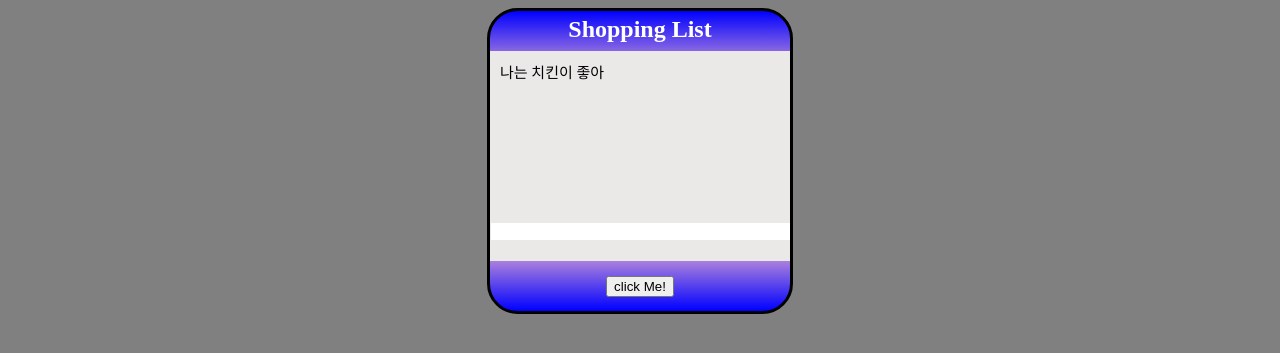
Repository: DevMinwoo-Jung/JavaScript101
Page: WebApIs/shoppingApp/index.html
The author's editor kept a copy of each file at every save. The page is drawn from the files as they stood at one save, then again after a run of saves.
The browser window is 1280 px wide. The pictures show the whole page.

Above is the page before, as saved 2021-06-14 10:38:46.

### WebApIs/shoppingApp/index.html
<!DOCTYPE html>
<html lang="en">
<head>
  <meta charset="UTF-8">
  <meta http-equiv="X-UA-Compatible" content="IE=edge">
  <meta name="viewport" content="width=device-width, initial-scale=1.0">
  <title>Document</title>
</head>
<link rel="stylesheet" href="style.css" />
<body>
  <div class="list__div">
    <div class="list__div__top">
      <h2>Shopping List</h2>
    </div>
    <div class="item__list">
      <p>나는 치킨이 좋아</p>
      <input class="input__box" type="text">
    </div>
    <div class="button__div">
      <button class="addItem">click Me!</button>
    </div>
  </div>
</body>
<script src="main.js" defer></script>
</html>

### WebApIs/shoppingApp/style.css
:root {
  --topAndBottom-height: 20px;
  --background-color: rgb(235, 232, 232);
}

body {
  background-color: grey;
}

.list__div {
  margin: auto;
  display: block;
  height: 300px;
  text-align: center;
  border: solid;
  position: relative;
  width: 300px;
  border-radius: 10%;
  background: linear-gradient(blue, pink, 50%, pink, blue);
}

.list__div__top {
  height: var(--topAndBottom-height);
}

.list__div__top h2 {
  margin: 5px;
  color: white;
}

.item__list {
  height: 210px;
  background-color: var(--background-color);
}

.item__list p {
  text-align: left;
  padding-left: 10px;
  padding-top: 10px;
  font-size: 15px;
  margin-bottom: 140px;
}

.item__list__input {
  bottom: 10px;
}

.button__div .addItem {
  margin-top: 15px;
}

input {
  width: 295px;
  border: 0px;
}

.input__box {
}

### WebApIs/shoppingApp/main.js
const addButton = document.querySelector('.addItem');
const inputBox = document.querySelector('.input__box');

After the next 2 saves:
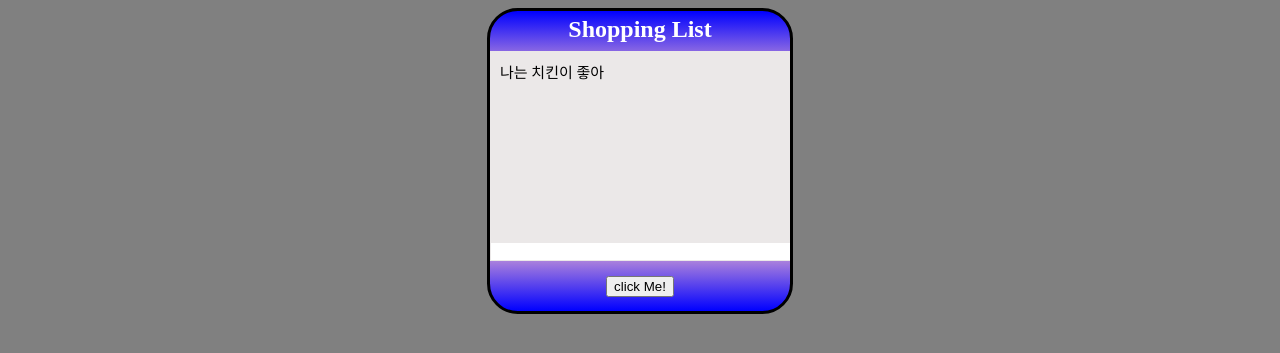
The 2 saves are shown as one change because they came seconds apart.
The last was saved 7 s later.
--- a/WebApIs/shoppingApp/style.css
+++ b/WebApIs/shoppingApp/style.css
@@ -38,7 +38,7 @@ body {
   padding-left: 10px;
   padding-top: 10px;
   font-size: 15px;
-  margin-bottom: 140px;
+  margin-bottom: 160px;
 }
 
 .item__list__input {
